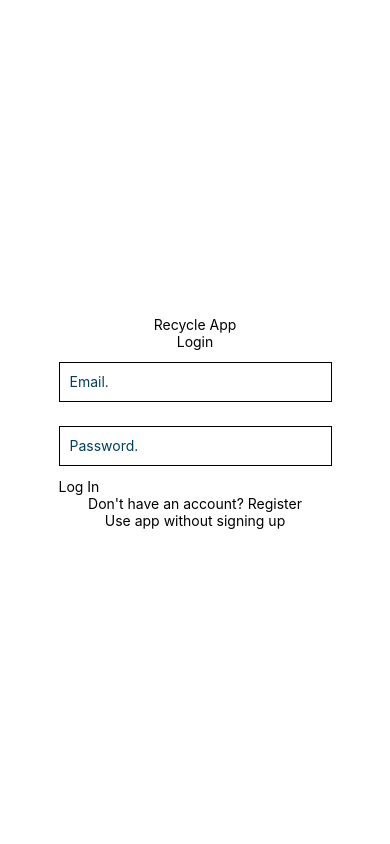
Repository: ct-pham/COMP4511
Screen: / (app in comp4511/)
An editor plug-in stored every save of this project. The screen is shown before and after the next save, followed by the edit.
The app was drawn by React Native's web renderer in a window 390 px wide. The project was rebuilt for these pictures with package versions that can differ from the ones it lists, and the page was loaded fresh each time.

Above is the screen before, as saved 2022-11-07 15:36:18.

### comp4511/App.js

// import { NavigationContainer } from 'react-navigation/native';
// import { createNativeStackNavigator } from 'react-navigation/native-stack';
import Login from './Components/Login';
//import Register from './Components/Register';

export default function App() {
  return (
    // <NavigationContainer>
    //   <Stack.Navigator initialRouteName="Home">
    //     <Stack.Screen name="Login" component={Login} />
    //     <Stack.Screen name="Register" component={Register} />
    //   </Stack.Navigator>
    // </NavigationContainer>
    <Login />
  );
}

### comp4511/Components/Login.js
import {
    StyleSheet,
    Text,
    View,
    TextInput,
    TouchableOpacity,
} from 'react-native';

import Icon from 'react-native-vector-icons/Ionicons';

export default function Login( {navigation}) {
    return (
        <View style={styles.container}>

            <Text>Recycle App</Text>
            <Text>Login</Text>
            <View style={styles.inputView}>
                <TextInput
                    style={styles.TextInput}
                    placeholder="Email."
                    placeholderTextColor="#003f5c"
                />
            </View>

            <View style={styles.inputView}>
                <TextInput
                    style={styles.TextInput}
                    placeholder="Password."
                    placeholderTextColor="#003f5c"
                    secureTextEntry={true}
                />
            </View>

            <TouchableOpacity style = {styles.button}>
                <Text style={styles.loginBtn}>Log In</Text>
            </TouchableOpacity>

            <TouchableOpacity
                onPress = {console.log('Register')}
            >
                <Text style={styles.loginBtn}>Don't have an account? Register</Text>
            </TouchableOpacity>

            <TouchableOpacity>
                <Text style={styles.loginBtn}>Use app without signing up</Text>
            </TouchableOpacity>

        </View>
    );
}

const styles = StyleSheet.create({
    container: {
        flex: 1,
        backgroundColor: '#ffffff',
        alignItems: 'center',
        justifyContent: 'center',
    },
    inputView: {
        backgroundColor: '#ffffff',
        borderWidth: 1,
        borderColor: '#000000',
        height: 40,
        width: '70%',
        margin: 12,
        borderWidth: 1,
        padding: 10,
    },
    button: {
        width: '70%',
        borderRadius: 25,
    }
});

After the next save:
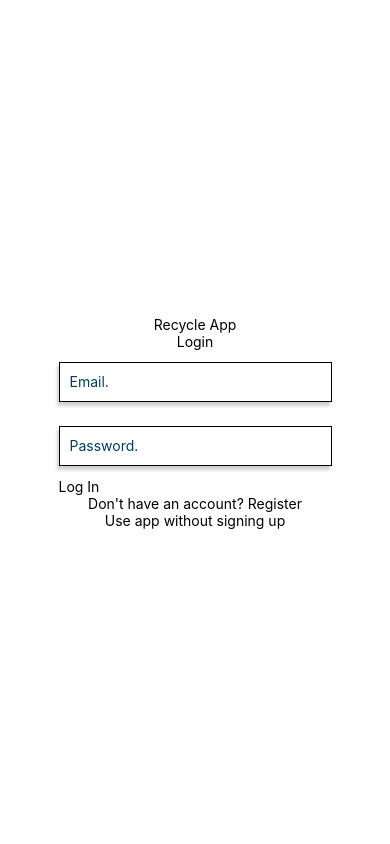
Saved 86 s later.
--- a/comp4511/Components/Login.js
+++ b/comp4511/Components/Login.js
@@ -65,6 +65,10 @@ const styles = StyleSheet.create({
         margin: 12,
         borderWidth: 1,
         padding: 10,
+        shadowColor: '#171717',
+        shadowOffset: {width: -2, height: 4},
+        shadowOpacity: 0.2,
+        shadowRadius: 3,
     },
     button: {
         width: '70%',
